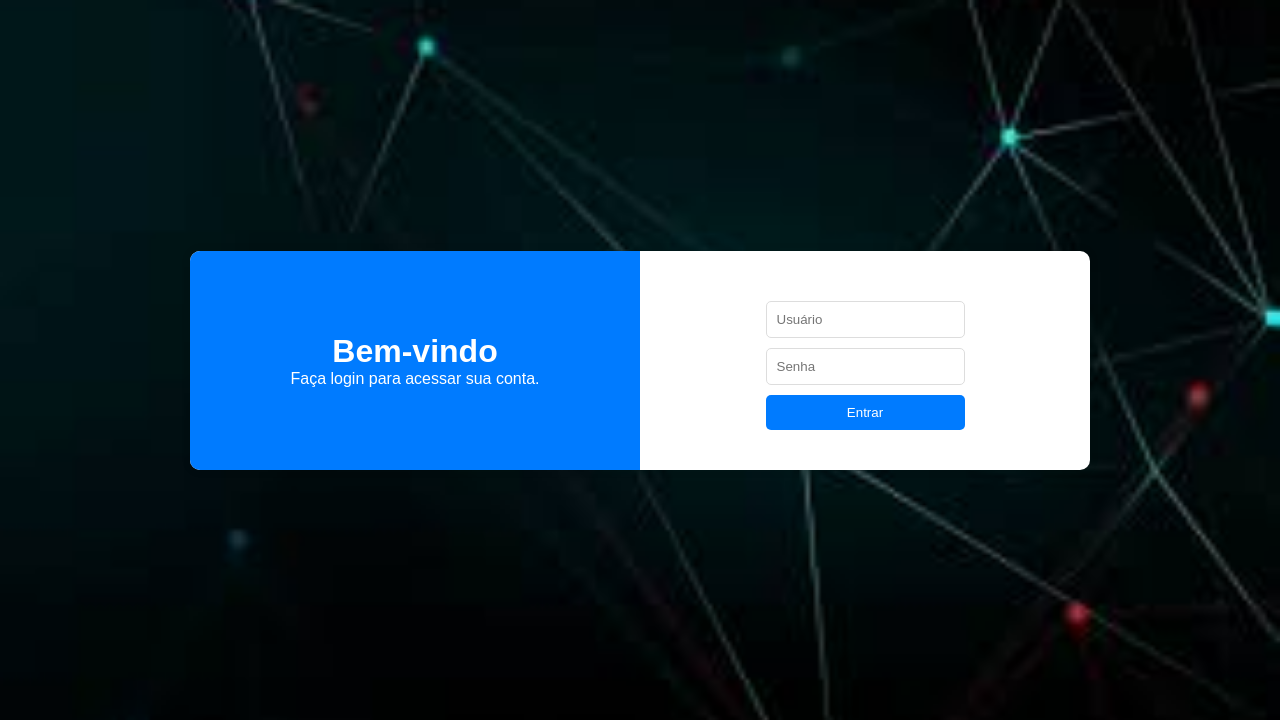
Repository: joao-paulo-paiva/tela-login
Page: index.html
An editor plug-in stored every save of this project. The page is shown before and after a run of saves, followed by the edit.
The browser window is 1280 px wide. The pictures show the whole page.

Above is the page before, as saved 2025-04-15 10:43:32.

### index.html
<!DOCTYPE html>
<html lang="pt-br">
<head>
    <meta charset="UTF-8">
    <meta name="viewport" content="width=device-width, initial-scale=1.0">
    <title>Tela de Login</title>
    <link rel="stylesheet" href="style.css">
</head>
<body>
    <div class="container">
        <div class="esquerda">
            <h1>Bem-vindo</h1>
            <p>Faça login para acessar sua conta.</p>
        </div>
        <div class="direita">
            <form action="#" method="POST">
                <input type="text" placeholder="Usuário" required>
                <input type="password" placeholder="Senha" required>
                <button type="submit">Entrar</button>
            </form>
        </div>
    </div>
</body>
</html>

### style.css
* {
    margin: 0;
    padding: 0;
    box-sizing: border-box;
    font-family: Arial, sans-serif;
}

body {
    display: flex;
    justify-content: center;
    align-items: center;
    height: 100vh;
    background-image: url(./imagens/fundo-site.jfif);
    background-size: cover; /* Faz a imagem preencher toda a tela */
    background-position: center; /* Centraliza a imagem */
    background-repeat: no-repeat;
}

.container {
    display: flex;
    width: 80%;
    max-width: 900px;
    background: white;
    box-shadow: 0 0 10px rgba(0,0,0,0.1);
    border-radius: 10px;
    overflow: hidden;
}

.esquerda, .direita {
    width: 50%;
    padding: 40px;
}

.esquerda {
    background-color: #007bff;
    color: white;
    display: flex;
    flex-direction: column;
    justify-content: center;
    align-items: center;
}

.direita {
    display: flex;
    flex-direction: column;
    justify-content: center;
    align-items: center;
}

input {
    display: block;
    width: 100%;
    padding: 10px;
    margin: 10px 0;
    border: 1px solid #ddd;
    border-radius: 5px;
}

button {
    width: 100%;
    padding: 10px;
    background-color: #007bff;
    color: white;
    border: none;
    border-radius: 5px;
    cursor: pointer;
}

After the next 2 saves:
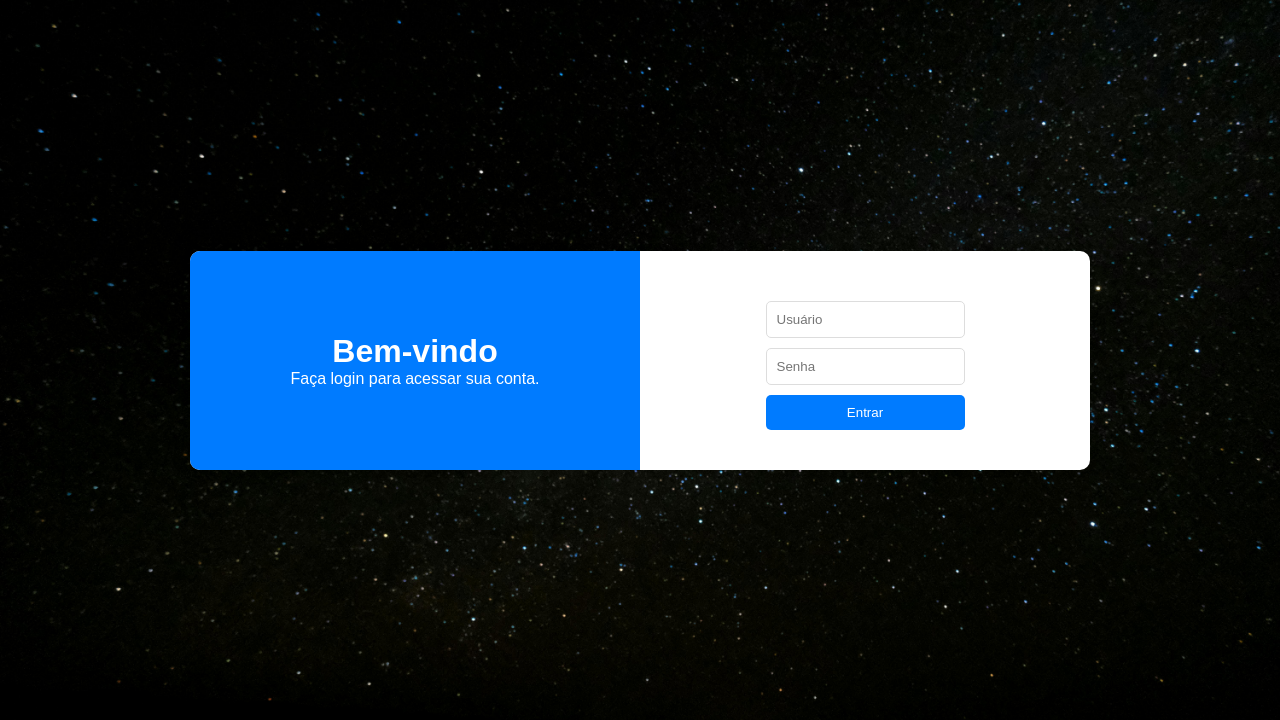
The 2 saves are shown as one change because they came seconds apart.
The last was saved 16 s later.
--- a/style.css
+++ b/style.css
@@ -10,7 +10,7 @@ body {
     justify-content: center;
     align-items: center;
     height: 100vh;
-    background-image: url(./imagens/fundo-site.jfif);
+    background-image: url(./imagens/pexels-francesco-ungaro-998641.jpg);
     background-size: cover; /* Faz a imagem preencher toda a tela */
     background-position: center; /* Centraliza a imagem */
     background-repeat: no-repeat;
